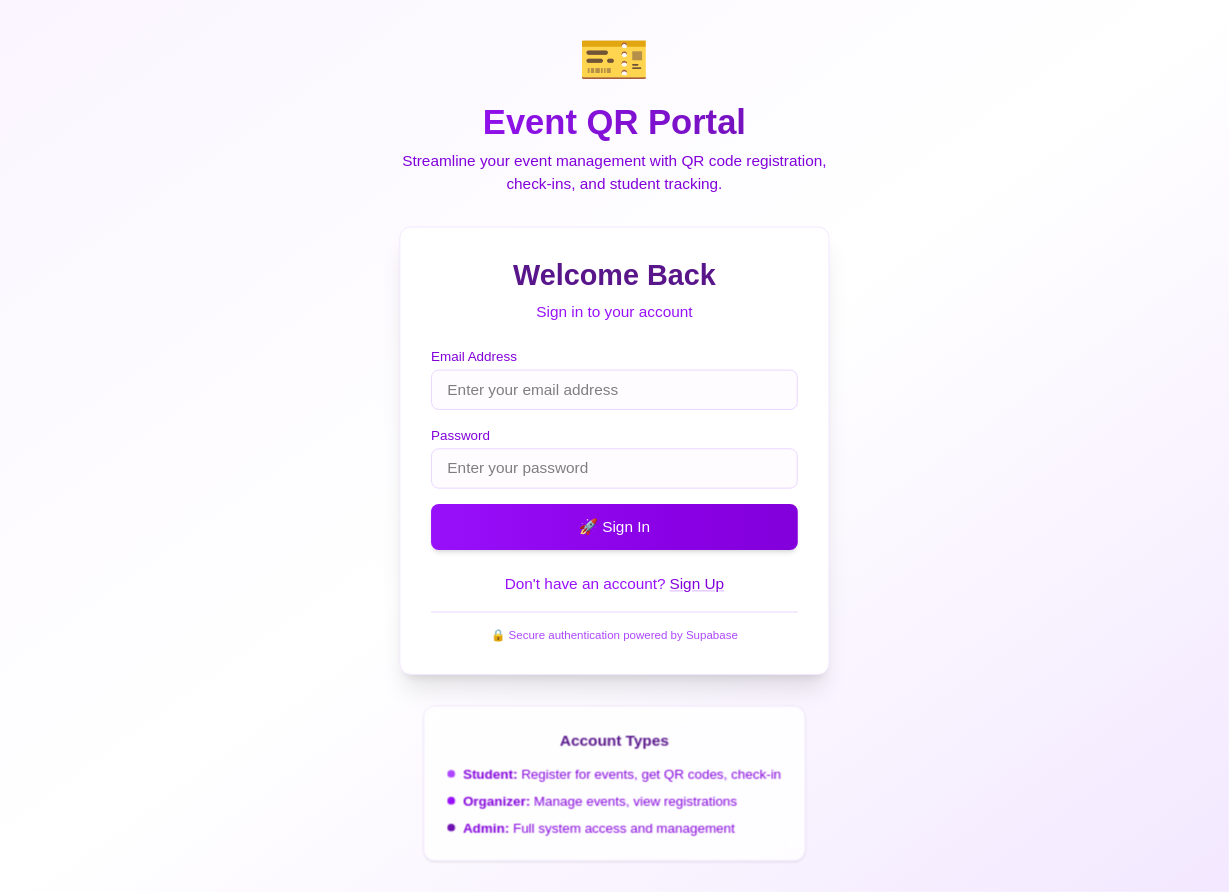
Repository: harshikabodekar/event-qr-portal
Page: /profile
The author's editor kept a copy of each file at every save. The page is drawn from the files as they stood at one save, then again after the next save.
The browser window is 1280 px wide. The pictures show the whole page, at 96% of full size.
The page's requests for data from a server got no answer. The project was rebuilt for these pictures with package versions that can differ from the ones it lists, and the page was loaded fresh each time. The framework's server and built-in components were replaced by stand-ins that run in the browser. No one was signed in, and anything a server would have sent is missing. Also part of the build but not shown: next.config.mjs, app/components/Navigation.js.

Above is the page before, as saved 2025-07-26 22:20:44.

### app/layout.js
import { Geist, Geist_Mono } from "next/font/google";
import "./globals.css";
import { Toaster } from "react-hot-toast";
import { AuthProvider } from "./contexts/AuthContext";
import AuthGuard from "./components/AuthGuard";

const geistSans = Geist({
  variable: "--font-geist-sans",
  subsets: ["latin"],
});

const geistMono = Geist_Mono({
  variable: "--font-geist-mono",
  subsets: ["latin"],
});

export const metadata = {
  title: "Event QR Portal",
  description: "Student event registration and QR code management system",
};

export default function RootLayout({ children }) {
  return (
    <html lang="en">
      <body
        className={`${geistSans.variable} ${geistMono.variable} antialiased`}
      >
        <AuthProvider>
          <AuthGuard>
            <Toaster />
            {children}
          </AuthGuard>
        </AuthProvider>
      </body>
    </html>
  );
}

### app/globals.css
@import "tailwindcss";

:root {
  --background: #ffffff;
  --foreground: #171717;
  --purple-50: #faf5ff;
  --purple-100: #f3e8ff;
  --purple-200: #e9d5ff;
  --purple-300: #d8b4fe;
  --purple-400: #c084fc;
  --purple-500: #a855f7;
  --purple-600: #9333ea;
  --purple-700: #7c3aed;
  --purple-800: #6b21a8;
  --purple-900: #581c87;
}

@media (prefers-color-scheme: dark) {
  :root {
    --background: #0a0a0a;
    --foreground: #ededed;
  }
}

body {
  background: var(--background);
  color: var(--foreground);
  font-family: Arial, Helvetica, sans-serif;
}

/* Custom scrollbar */
::-webkit-scrollbar {
  width: 8px;
}

::-webkit-scrollbar-track {
  background: #f1f1f1;
}

::-webkit-scrollbar-thumb {
  background: linear-gradient(to bottom, #9333ea, #7c3aed);
  border-radius: 4px;
}

::-webkit-scrollbar-thumb:hover {
  background: linear-gradient(to bottom, #7c3aed, #6b21a8);
}

/* Smooth transitions for all interactive elements */
* {
  transition: color 0.2s ease, background-color 0.2s ease, border-color 0.2s ease, transform 0.2s ease, box-shadow 0.2s ease;
}

### app/components/AuthGuard.js
'use client';
import { useAuth } from '../contexts/AuthContext';
import { usePathname } from 'next/navigation';
import { useEffect } from 'react';
import AuthPage from '../auth/page';

export default function AuthGuard({ children }) {
  const { isAuthenticated, loading, user } = useAuth();
  const pathname = usePathname();

  // Log authentication state changes for debugging
  useEffect(() => {
    console.log('AuthGuard state:', { isAuthenticated, loading, userEmail: user?.email, pathname });
  }, [isAuthenticated, loading, user, pathname]);

  // Show loading while checking authentication
  if (loading) {
    return (
      <div className="min-h-screen bg-gray-50 flex items-center justify-center">
        <div className="text-center">
          <div className="animate-spin rounded-full h-16 w-16 border-b-4 border-blue-600 mx-auto mb-6"></div>
          <div className="text-xl text-gray-600 mb-2">Event QR Portal</div>
          <div className="text-sm text-gray-500">Loading your dashboard...</div>
        </div>
      </div>
    );
  }

  // If user is not authenticated, show the auth page
  if (!isAuthenticated) {
    return <AuthPage />;
  }

  // If user is authenticated, show the app content
  return children;
}

### lib/supabaseClient.js
// lib/supabaseClient.js
// This file initializes the Supabase client for use throughout the app.
// Make sure to set NEXT_PUBLIC_SUPABASE_URL and NEXT_PUBLIC_SUPABASE_ANON_KEY in your .env.local file.

import { createClient } from '@supabase/supabase-js';

const supabaseUrl = process.env.NEXT_PUBLIC_SUPABASE_URL;
const supabaseAnonKey = process.env.NEXT_PUBLIC_SUPABASE_ANON_KEY;

// Debug logging
console.log('Supabase URL:', supabaseUrl ? 'Set' : 'Not set');
console.log('Supabase Anon Key:', supabaseAnonKey ? 'Set' : 'Not set');

if (!supabaseUrl || !supabaseAnonKey) {
  console.error('Missing Supabase environment variables!');
}

export const supabase = createClient(supabaseUrl, supabaseAnonKey, {
  auth: {
    // Configure the redirect URL for email confirmations
    redirectTo: typeof window !== 'undefined' ? `${window.location.origin}/confirm` : undefined,
  },
});

### app/auth/page.js
'use client';
import { useState, useEffect } from 'react';
import { supabase } from '../../lib/supabaseClient';
import { Toaster, toast } from 'react-hot-toast';
import { useAuth } from '../contexts/AuthContext';

export default function AuthPage() {
  const { isAuthenticated } = useAuth();
  const [isSignUp, setIsSignUp] = useState(false);
  const [loading, setLoading] = useState(false);
  const [redirecting, setRedirecting] = useState(false);
  const [form, setForm] = useState({
    email: '',
    password: '',
    confirmPassword: '',
    name: '',
    role: 'student' // student, organizer, admin
  });

  // Test Supabase connection on component mount
  useEffect(() => {
    const testConnection = async () => {
      try {
        const { data, error } = await supabase.from('students').select('count').limit(1);
        console.log('Supabase connection test:', { data, error });
      } catch (err) {
        console.error('Supabase connection failed:', err);
      }
    };
    testConnection();
  }, []);

  // Show redirecting state when user becomes authenticated
  useEffect(() => {
    if (isAuthenticated) {
      setRedirecting(true);
    }
  }, [isAuthenticated]);

  // If redirecting, show loading state
  if (redirecting) {
    return (
      <div className="min-h-screen bg-gradient-to-br from-purple-50 via-white to-purple-100 flex items-center justify-center">
        <div className="text-center">
          <div className="animate-spin rounded-full h-16 w-16 border-b-4 border-purple-600 mx-auto mb-6"></div>
          <div className="text-xl bg-gradient-to-r from-purple-600 to-purple-800 bg-clip-text text-transparent mb-2 font-bold">Welcome to Event QR Portal!</div>
          <div className="text-sm text-purple-600">Taking you to your dashboard...</div>
        </div>
      </div>
    );
  }

  function handleChange(e) {
    setForm({ ...form, [e.target.name]: e.target.value });
  }

  function toggleMode() {
    setIsSignUp(!isSignUp);
    setForm({
      email: '',
      password: '',
      confirmPassword: '',
      name: '',
      role: 'student'
    });
  }

  async function handleSubmit(e) {
    e.preventDefault();

    // Basic validation
    if (!form.email || !form.password) {
      toast.error('Please fill in all required fields');
      return;
    }

    // Email format validation
    const emailRegex = /^[^\s@]+@[^\s@]+\.[^\s@]+$/;
    if (!emailRegex.test(form.email)) {
      toast.error('Please enter a valid email address');
      return;
    }

    // Password validation
    if (form.password.length < 6) {
      toast.error('Password must be at least 6 characters long');
      return;
    }

    if (isSignUp) {
      // Sign Up validation
      if (!form.name) {
        toast.error('Please enter your name');
        return;
      }

      if (form.password !== form.confirmPassword) {
        toast.error('Passwords do not match');
        return;
      }
    }

    setLoading(true);

    try {
      if (isSignUp) {
        // Sign Up
        const { data: authData, error: authError } = await supabase.auth.signUp({
          email: form.email.trim().toLowerCase(),
          password: form.password,
          options: {
            data: {
              name: form.name,
              role: form.role
            }
          }
        });

        if (authError) {
          if (authError.message.includes('Email not confirmed')) {
            toast.error('Please check your email and click the confirmation link before signing in.');
          } else {
            toast.error('Sign up failed: ' + authError.message);
          }
        } else {
          // Check if email confirmation is required
          if (authData.user && !authData.user.email_confirmed_at) {
            toast.success('Account created! Please check your email and click the confirmation link to complete registration.');

            // Reset form
            setForm({
              email: '',
              password: '',
              confirmPassword: '',
              name: '',
              role: 'student'
            });
          } else {
            // Create user profile based on role
            try {
              if (form.role === 'student') {
                // Create student profile
                const { error: studentError } = await supabase
                  .from('students')
                  .insert([{
                    id: authData.user.id,
                    email: form.email.trim().toLowerCase(),
                    name: form.name,
                    phone: '',
                    college: '',
                    department: ''
                  }]);

                if (studentError) {
                  console.error('Error creating student profile:', studentError);
                }
              } else {
                // Create organizer/admin profile
                const { error: userError } = await supabase
                  .from('users')
                  .insert([{
                    id: authData.user.id,
                    email: form.email.trim().toLowerCase(),
                    name: form.name,
                    role: form.role
                  }]);

                if (userError) {
                  console.error('Error creating user profile:', userError);
                }
              }
            } catch (profileError) {
              console.error('Profile creation error:', profileError);
            }

            toast.success('Account created successfully! Welcome to Event QR Portal!');

            // Reset form
            setForm({
              email: '',
              password: '',
              confirmPassword: '',
              name: '',
              role: 'student'
            });

            // Small delay to ensure auth state updates
            setTimeout(() => {
              console.log('Sign up successful, AuthGuard should handle redirect');
            }, 100);
          }
        }
      } else {
        // Sign In
        console.log('Attempting sign in with:', { email: form.email.trim().toLowerCase() });

        const { data, error } = await supabase.auth.signInWithPassword({
          email: form.email.trim().toLowerCase(),
          password: form.password
        });

        console.log('Sign in response:', { data, error });

        if (error) {
          console.error('Sign in error details:', error);

          if (error.message.includes('Email not confirmed')) {
            toast.error('Please check your email and click the confirmation link before signing in.');
          } else if (error.message.includes('Invalid login credentials')) {
            toast.error('Invalid email or password. Please check your credentials and try again.');
          } else if (error.message.includes('Email rate limit exceeded')) {
            toast.error('Too many attempts. Please wait a few minutes before trying again.');
          } else {
            toast.error('Sign in failed: ' + error.message);
          }
        } else {
          console.log('Sign in successful:', data);
          toast.success('Sign in successful! Welcome back!');

          // Small delay to ensure auth state updates
          setTimeout(() => {
            console.log('Sign in successful, AuthGuard should handle redirect');
          }, 100);
        }
      }
    } catch (err) {
      toast.error('An unexpected error occurred');
      console.error('Auth error:', err);
    }

    setLoading(false);
  }

  return (
    <div className="min-h-screen bg-gradient-to-br from-purple-50 via-white to-purple-100">
      <div className="flex flex-col items-center justify-center min-h-screen p-8">
        <Toaster />

        {/* Logo/Brand Header */}
        <div className="text-center mb-8">
          <div className="text-6xl mb-4">🎫</div>
          <h1 className="text-4xl font-bold bg-gradient-to-r from-purple-600 to-purple-800 bg-clip-text text-transparent mb-2">Event QR Portal</h1>
          <p className="text-purple-700 max-w-md">
            Streamline your event management with QR code registration, check-ins, and student tracking.
          </p>
        </div>

        <div className="bg-white p-8 rounded-xl shadow-xl w-full max-w-md border border-purple-100">
          <div className="text-center mb-6">
            <h2 className="text-3xl font-bold text-purple-900 mb-2">
              {isSignUp ? 'Create Account' : 'Welcome Back'}
            </h2>
            <p className="text-purple-600">
              {isSignUp
                ? 'Sign up to access the Event QR Portal'
                : 'Sign in to your account'
              }
            </p>
          </div>

          <form onSubmit={handleSubmit} className="space-y-4">
            {isSignUp && (
              <>
                <div>
                  <label htmlFor="name" className="block text-sm font-medium text-gray-700 mb-1">
                    Full Name
                  </label>
                  <input
                    id="name"
                    name="name"
                    type="text"
                    placeholder="Enter your full name"
                    value={form.name}
                    onChange={handleChange}
                    className="w-full px-4 py-2 border border-purple-200 rounded-lg focus:outline-none focus:ring-2 focus:ring-purple-500 focus:border-transparent text-black bg-purple-50/30"
                    required={isSignUp}
                  />
                </div>

                <div>
                  <label htmlFor="role" className="block text-sm font-medium text-purple-700 mb-1">
                    Role
                  </label>
                  <select
                    id="role"
                    name="role"
                    value={form.role}
                    onChange={handleChange}
                    className="w-full px-4 py-2 border border-purple-200 rounded-lg focus:outline-none focus:ring-2 focus:ring-purple-500 focus:border-transparent text-black bg-purple-50/30"
                  >
                    <option value="student">Student</option>
                    <option value="organizer">Organizer</option>
                    <option value="admin">Admin</option>
                  </select>
                </div>
              </>
            )}

            <div>
              <label htmlFor="email" className="block text-sm font-medium text-purple-700 mb-1">
                Email Address
              </label>
              <input
                id="email"
                name="email"
                type="email"
                placeholder="Enter your email address"
                value={form.email}
                onChange={handleChange}
                className="w-full px-4 py-2 border border-purple-200 rounded-lg focus:outline-none focus:ring-2 focus:ring-purple-500 focus:border-transparent text-black bg-purple-50/30"
                required
              />
            </div>

            <div>
              <label htmlFor="password" className="block text-sm font-medium text-purple-700 mb-1">
                Password
              </label>
              <input
                id="password"
                name="password"
                type="password"
                placeholder="Enter your password"
                value={form.password}
                onChange={handleChange}
                className="w-full px-4 py-2 border border-purple-200 rounded-lg focus:outline-none focus:ring-2 focus:ring-purple-500 focus:border-transparent text-black bg-purple-50/30"
                required
              />
            </div>

            {isSignUp && (
              <div>
                <label htmlFor="confirmPassword" className="block text-sm font-medium text-purple-700 mb-1">
                  Confirm Password
                </label>
                <input
                  id="confirmPassword"
                  name="confirmPassword"
                  type="password"
                  placeholder="Confirm your password"
                  value={form.confirmPassword}
                  onChange={handleChange}
                  className="w-full px-4 py-2 border border-purple-200 rounded-lg focus:outline-none focus:ring-2 focus:ring-purple-500 focus:border-transparent text-black bg-purple-50/30"
                  required={isSignUp}
                />
              </div>
            )}

            <button
              type="submit"
              disabled={loading}
              className="w-full bg-gradient-to-r from-purple-600 to-purple-700 text-white py-3 px-4 rounded-lg hover:from-purple-700 hover:to-purple-800 focus:outline-none focus:ring-2 focus:ring-purple-500 focus:ring-offset-2 disabled:opacity-50 disabled:cursor-not-allowed transition-all duration-300 shadow-md hover:shadow-lg transform hover:-translate-y-0.5"
            >
              {loading
                ? (isSignUp ? 'Creating Account...' : 'Signing In...')
                : (isSignUp ? '✨ Create Account' : '🚀 Sign In')
              }
            </button>
          </form>

          <div className="mt-6 text-center">
            <p className="text-purple-600">
              {isSignUp ? 'Already have an account?' : "Don't have an account?"}
              <button
                onClick={toggleMode}
                className="ml-1 text-purple-700 hover:text-purple-800 font-medium underline decoration-purple-300 hover:decoration-purple-500 transition-all duration-300"
              >
                {isSignUp ? 'Sign In' : 'Sign Up'}
              </button>
            </p>
          </div>

          {/* Additional options */}
          <div className="mt-4 pt-4 border-t border-purple-200">
            <div className="text-center">
              <p className="text-xs text-purple-500">
                🔒 Secure authentication powered by Supabase
              </p>
            </div>
          </div>
        </div>

        {/* Info Section */}
        <div className="mt-8 max-w-md text-center">
          <div className="bg-white/80 backdrop-blur-sm p-6 rounded-xl shadow-sm border border-purple-100">
            <h3 className="font-semibold text-purple-900 mb-3">Account Types</h3>
            <div className="text-sm text-purple-700 space-y-2">
              <div className="flex items-center space-x-2">
                <span className="w-2 h-2 bg-purple-500 rounded-full"></span>
                <span><strong>Student:</strong> Register for events, get QR codes, check-in</span>
              </div>
              <div className="flex items-center space-x-2">
                <span className="w-2 h-2 bg-purple-600 rounded-full"></span>
                <span><strong>Organizer:</strong> Manage events, view registrations</span>
              </div>
              <div className="flex items-center space-x-2">
                <span className="w-2 h-2 bg-purple-800 rounded-full"></span>
                <span><strong>Admin:</strong> Full system access and management</span>
              </div>
            </div>
          </div>
        </div>
      </div>
    </div>
  );
}

Loaded but not shown: app/profile/page.js (303 lines, source omitted); app/contexts/AuthContext.js (119 lines, source omitted)

After the next save:
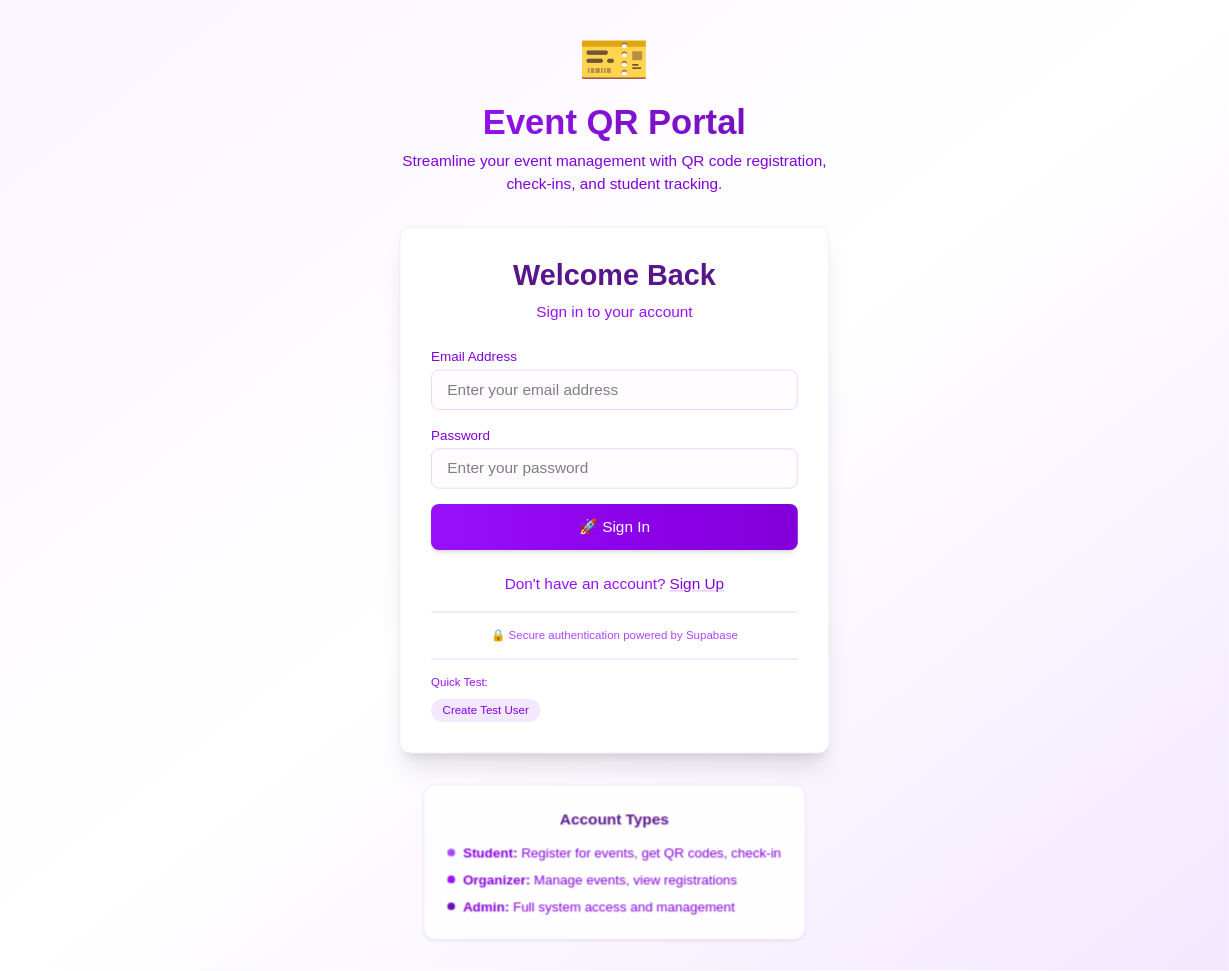
Saved 21 s later.
--- a/app/auth/page.js
+++ b/app/auth/page.js
@@ -376,6 +376,54 @@ export default function AuthPage() {
               <p className="text-xs text-purple-500">
                 🔒 Secure authentication powered by Supabase
               </p>
+            </div>
+
+            {/* Debug section - Test User Creation */}
+            <div className="mt-4 pt-4 border-t border-purple-200">
+              <p className="text-xs text-purple-600 mb-2">Quick Test:</p>
+              <button
+                onClick={async () => {
+                  try {
+                    setLoading(true);
+                    const testEmail = 'test@example.com';
+                    const testPassword = 'test123';
+
+                    // Try to create test user
+                    const { data: authData, error: authError } = await supabase.auth.signUp({
+                      email: testEmail,
+                      password: testPassword,
+                      options: {
+                        data: {
+                          name: 'Test User',
+                          role: 'student'
+                        }
+                      }
+                    });
+
+                    if (authError) {
+                      toast.error('Test user creation failed: ' + authError.message);
+                    } else {
+                      toast.success('Test user created! Email: test@example.com, Password: test123');
+
+                      // Auto-fill the form
+                      setForm({
+                        ...form,
+                        email: testEmail,
+                        password: testPassword
+                      });
+                      setIsSignUp(false);
+                    }
+                  } catch (error) {
+                    toast.error('Error: ' + error.message);
+                  } finally {
+                    setLoading(false);
+                  }
+                }}
+                disabled={loading}
+                className="text-xs bg-purple-100 text-purple-700 px-3 py-1 rounded-full hover:bg-purple-200 transition-colors disabled:opacity-50"
+              >
+                Create Test User
+              </button>
             </div>
           </div>
         </div>
